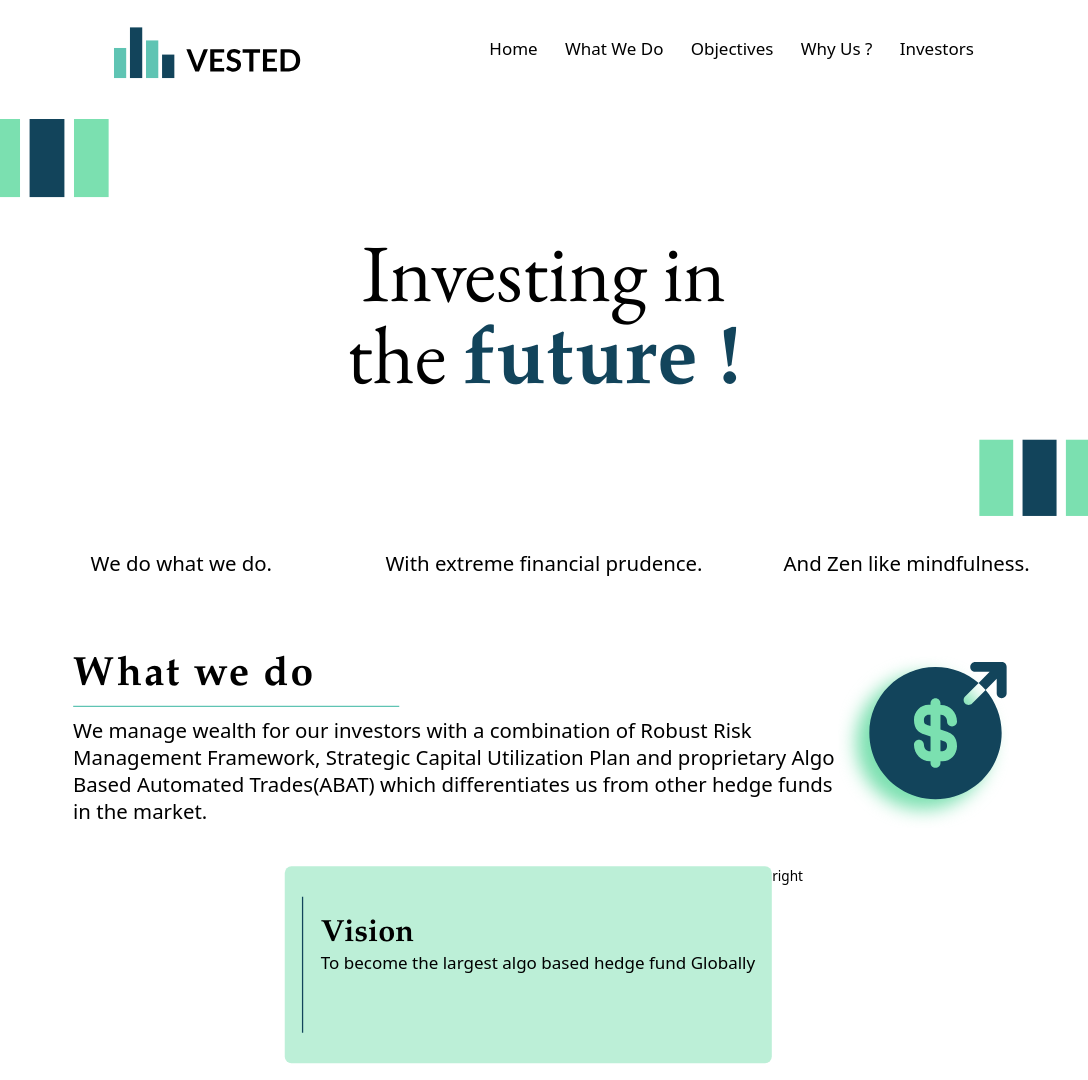
Repository: husainmamuwala/TippingPointsFinancial
Page: /
These files come from the project's save history. The page is drawn as it stood at one moment and after the next save; the edit follows.
The browser window is 1280 px wide. The pictures show the whole page, at 85% of full size.
The project was rebuilt for these pictures with package versions that can differ from the ones it lists, and the page was loaded fresh each time. The framework's server and built-in components were replaced by stand-ins that run in the browser. Also part of the build but not shown: next.config.js.

Above is the page before, as saved 2022-10-15 19:02:24.

### pages/_document.js
import Document, { Html, Head, Main, NextScript } from "next/document";

function MyDocument() {
  return (
    <Html>
      <Head>
      <link rel="preconnect" href="https://fonts.googleapis.com"/>
<link rel="preconnect" href="https://fonts.gstatic.com" crossorigin/>
<link href="https://fonts.googleapis.com/css2?family=EB+Garamond:ital,wght@0,400;0,600;1,500&display=swap" rel="stylesheet"></link>
      </Head>
      <body>
        <Main />
        <NextScript />
      </body>
    </Html>
  );
}

export default MyDocument;

### pages/index.js
import React from "react"
import Hero from "../components/Hero"
import Nav from "../components/Nav"
import Objectives from "../components/Objectives"
import Whatwedo from "../components/Whatwedo"


export default function Home() {
  return (

    <div className="h-screen">
      <Nav/>
      <section id="home">
        <Hero/>
      </section>
      <section id="whatwedo">
        <Whatwedo/>
      </section>
      <section id="objectives">
        <Objectives/>
      </section>
    </div>

  )
}

### styles/globals.css
@tailwind base;
@tailwind components;
@tailwind utilities;

@layer base{
    @font-face{
        font-family: "Garamond";
        src: url('/fonts/Garamond.woff2') format('woff2');
        font-family: 'Montserrat', sans-serif

    }

}

### components/Hero.jsx
import React from 'react'

const Hero = () => {
  return (
    <div className='flex flex-col py-6'>
      <div className='grid grid-flow-row'>
        <div className='justify-self-start self-start w-20 md:w-32 '>
          <svg className="" width="auto" height="auto" viewBox="0 0 125 90" fill="none" xmlns="http://www.w3.org/2000/svg">
            <rect x="-17" width="40" height="90" fill="#7BE0B0" />
            <rect x="34" width="40" height="90" fill="#12445B" />
            <rect x="85" width="40" height="90" fill="#7BE0B0" />
          </svg>
        </div>
        <div className='justify-self-center w-full py-5 md:py-10'>
          <span className=' text-6xl text-center lg:text-8xl font-garamond pt-5 pb-5'>
            <span className="block">Investing in</span>
            <span className="block">the <span className='text-[#12445B] font-semibold'>future !</span></span>
          </span>
        </div>
        <div className='justify-self-end self-end w-20 md:w-32'>
          <svg className='' width="auto" height="au" viewBox="0 0 128 90" fill="none" xmlns="http://www.w3.org/2000/svg">
            <rect width="40" height="90" fill="#7BE0B0" />
            <rect x="51" width="40" height="90" fill="#12445B" />
            <rect x="102" width="40" height="90" fill="#7BE0B0" />
          </svg>
        </div>
      </div>
      <div className='grid grid-row-3 md:grid-cols-3 justify-evenly text-center
        text-xl font-Montserrat md:text-2xl md:py-10'>
        <div>
          <span>We do what we do.</span>
        </div>
        <div>
          <span>With extreme financial prudence.</span>
        </div>
        <div>
          <span>And Zen like mindfulness.</span>
        </div>
      </div>
    </div>
  )
}

export default Hero

### components/Nav.jsx
import Link from 'next/link';
import React, { useState } from 'react'
import { FiMenu } from 'react-icons/fi';
import {AiOutlineClose} from 'react-icons/ai'

const Nav = () => {
    const Links=[
        {name:"Home",link:"/"},
        {name:"What We Do",link:"#whatwedo"},
        {name:"Objectives",link:"#objectives"},
        {name:"Why Us ?",link:"#whyus"},
        {name:"Investors",link:"/investors"},
    ];
    const [open,setOpen] = useState(false);
  return (
    <div className='w-full relative top-0 font-Montserrat font-[400] bg-white'>
        <div className='sticky lg:flex py-4 lg:px-10 items-center lg:justify-around'>
            <div className='mt-2 scale-75 md:scale-100'>
                <svg width="221" height="60" viewBox="0 0 221 60" fill="none" xmlns="http://www.w3.org/2000/svg">
                <path d="M110.63 25.972L100.118 52H95.7437L85.2317 25.972H89.1197C89.5397 25.972 89.8817 26.074 90.1457 26.278C90.4097 26.482 90.6077 26.746 90.7397 27.07L96.8777 42.946C97.0817 43.462 97.2737 44.032 97.4537 44.656C97.6457 45.268 97.8257 45.91 97.9937 46.582C98.1377 45.91 98.2937 45.268 98.4617 44.656C98.6297 44.032 98.8157 43.462 99.0197 42.946L105.122 27.07C105.218 26.794 105.404 26.542 105.68 26.314C105.968 26.086 106.316 25.972 106.724 25.972H110.63ZM118.184 29.824V37.042H127.292V40.768H118.184V48.13H129.74V52H113.324V25.972H129.74V29.824H118.184ZM147.891 30.706C147.747 30.958 147.591 31.144 147.423 31.264C147.267 31.372 147.069 31.426 146.829 31.426C146.577 31.426 146.301 31.336 146.001 31.156C145.713 30.964 145.365 30.754 144.957 30.526C144.549 30.298 144.069 30.094 143.517 29.914C142.977 29.722 142.335 29.626 141.591 29.626C140.919 29.626 140.331 29.71 139.827 29.878C139.323 30.034 138.897 30.256 138.549 30.544C138.213 30.832 137.961 31.18 137.793 31.588C137.625 31.984 137.541 32.422 137.541 32.902C137.541 33.514 137.709 34.024 138.045 34.432C138.393 34.84 138.849 35.188 139.413 35.476C139.977 35.764 140.619 36.022 141.339 36.25C142.059 36.478 142.797 36.724 143.553 36.988C144.309 37.24 145.047 37.54 145.767 37.888C146.487 38.224 147.129 38.656 147.693 39.184C148.257 39.7 148.707 40.336 149.043 41.092C149.391 41.848 149.565 42.766 149.565 43.846C149.565 45.022 149.361 46.126 148.953 47.158C148.557 48.178 147.969 49.072 147.189 49.84C146.421 50.596 145.479 51.196 144.363 51.64C143.247 52.072 141.969 52.288 140.529 52.288C139.701 52.288 138.885 52.204 138.081 52.036C137.277 51.88 136.503 51.652 135.759 51.352C135.027 51.052 134.337 50.692 133.689 50.272C133.041 49.852 132.465 49.384 131.961 48.868L133.383 46.546C133.503 46.378 133.659 46.24 133.851 46.132C134.043 46.012 134.247 45.952 134.463 45.952C134.763 45.952 135.087 46.078 135.435 46.33C135.783 46.57 136.197 46.84 136.677 47.14C137.157 47.44 137.715 47.716 138.351 47.968C138.999 48.208 139.773 48.328 140.673 48.328C142.053 48.328 143.121 48.004 143.877 47.356C144.633 46.696 145.011 45.754 145.011 44.53C145.011 43.846 144.837 43.288 144.489 42.856C144.153 42.424 143.703 42.064 143.139 41.776C142.575 41.476 141.933 41.224 141.213 41.02C140.493 40.816 139.761 40.594 139.017 40.354C138.273 40.114 137.541 39.826 136.821 39.49C136.101 39.154 135.459 38.716 134.895 38.176C134.331 37.636 133.875 36.964 133.527 36.16C133.191 35.344 133.023 34.342 133.023 33.154C133.023 32.206 133.209 31.282 133.581 30.382C133.965 29.482 134.517 28.684 135.237 27.988C135.957 27.292 136.845 26.734 137.901 26.314C138.957 25.894 140.169 25.684 141.537 25.684C143.073 25.684 144.489 25.924 145.785 26.404C147.081 26.884 148.185 27.556 149.097 28.42L147.891 30.706ZM171.969 29.95H164.121V52H159.279V29.95H151.431V25.972H171.969V29.95ZM180.235 29.824V37.042H189.343V40.768H180.235V48.13H191.791V52H175.375V25.972H191.791V29.824H180.235ZM219.194 38.986C219.194 40.894 218.876 42.646 218.24 44.242C217.604 45.838 216.71 47.212 215.558 48.364C214.406 49.516 213.02 50.41 211.4 51.046C209.78 51.682 207.98 52 206 52H196.082V25.972H206C207.98 25.972 209.78 26.296 211.4 26.944C213.02 27.58 214.406 28.474 215.558 29.626C216.71 30.766 217.604 32.134 218.24 33.73C218.876 35.326 219.194 37.078 219.194 38.986ZM214.226 38.986C214.226 37.558 214.034 36.28 213.65 35.152C213.278 34.012 212.732 33.052 212.012 32.272C211.304 31.48 210.44 30.874 209.42 30.454C208.412 30.034 207.272 29.824 206 29.824H200.942V48.148H206C207.272 48.148 208.412 47.938 209.42 47.518C210.44 47.098 211.304 46.498 212.012 45.718C212.732 44.926 213.278 43.966 213.65 42.838C214.034 41.698 214.226 40.414 214.226 38.986Z" fill="black"/>
                <rect y="24.4445" width="14.4444" height="35.5556" fill="#5FC4B3"/>
                <rect x="18.8889" width="14.4444" height="60" fill="#12445B"/>
                <rect x="37.7778" y="15.5555" width="14.4444" height="44.4444" fill="#5FC4B3"/>
                <rect x="56.6667" y="32.2222" width="14.4444" height="27.7778" fill="#12445B"/>
                </svg>

            </div>
            <div onClick={()=>setOpen(!open)}
                 className='text-3xl absolute right-8 top-11 pr-8 cursor-pointer lg:hidden'>
                    {!open ? <FiMenu size={40}/> : <AiOutlineClose size={40}/>}
            </div>

            <ul className={`lg:flex lg:flex-row lg:items-center font-Montserrat pb-12 lg:pb-0
            absolute lg:static bg-white lg:z-auto z-[-1] w-full left-0  lg:pl-0 pl-9 lg:w-auto
            transition-all duration-500 ease-in
            ${open ? "flex-col" : "hidden"}`}>
                {
                    Links.map((link)=>(
                        <li onClick={() => setOpen(false)} key={link.link} className="md:ml-8 text-xl my-7 hover:text-[#5FC4B3]
                         relative transition-all hover:top-1">
                            <Link href={link.link}
                            className="font-Monteserrat">
                                {link.name}
                            </Link>
                        </li>
                    ))
                }
            </ul>
        </div>
    </div>
  )
}

export default Nav

### components/Objectives.jsx
import React from 'react'

const Objectives = () => {
  const Data = [
    {title:"Vision",desc:"To become the largest algo based hedge fund Globally"},]
  return (
    <div className='flex flex-col md:flex-row justify-center py-5 px-10'>
        <div>
          <div className='relative w-full bg-[#7BE0B0] bg-opacity-50 rounded-lg p-5 flex flex-row '>
              <div className='pr-5 h-28 lg:h-48'>
                  <svg width="2" height="auto" viewBox="0 0 2 160" fill="none" xmlns="http://www.w3.org/2000/svg">
                  <line x1="1" y1="4.37114e-08" x2="0.999993" y2="160" stroke="#12445B" stroke-width="2"/>
                  </svg>
              </div>
              {
                Data.map((data)=>(
              <div className='py-10'>
                <h1 className='text-3xl lg:text-4xl font-semibold font-garamond'>{data.title}</h1>
                <p className='font-montserrat text-xl'>{data.desc}</p>
              </div>
                ))}
          </div>
        </div>
          <div>
              right
          </div>

    </div>
  )
}

export default Objectives

### components/Whatwedo.tsx
import React from 'react'


const whatwedo = () => {
    return (
        <div className='py-5 px-10 flex md:flex-row flex-col justify-center'>
            <div className='md:w-3/4'>
                <div>
                    <h4 className='text-3xl md:text-5xl font-garamond font-semibold py-2 tracking-wider'>
                        What we do
                    </h4>

                    <svg className="lg:w-96 lg:h-2" width="auto" height="2" viewBox="0 0 589 2" fill="none" xmlns="http://www.w3.org/2000/svg">
                        <line y1="1" x2="589" y2="1" stroke="#5FC4B3" strokeWidth="2" />
                    </svg>

                    <p className='py-2 text-xl md:text-2xl'>
                        We manage wealth for our investors with a combination of Robust Risk Management Framework,
                        Strategic Capital Utilization Plan and proprietary Algo Based Automated Trades(ABAT)
                        which differentiates us from other hedge funds in the market.
                    </p>
                </div>
            </div>
            <div className='w-52 hidden md:block lg:self-center'>
                <svg width="auto" height="auto" viewBox="0 0 226 223" fill="none" xmlns="http://www.w3.org/2000/svg">
                    <g filter="url(#filter0_f_6_45)">
                        <circle cx="109.027" cy="113.259" r="86.0274" fill="#7BE0B0" />
                    </g>
                    <path d="M109.698 84.8371C109.698 89.4046 110.967 90.0812 113.843 91.0962L118.156 92.6187V78.2396H115.619C112.405 78.2396 109.698 81.2 109.698 84.8371ZM130.844 124.76H133.381C136.68 124.76 139.302 121.8 139.302 118.163C139.302 113.595 138.033 112.919 135.158 111.904L130.844 110.381V124.76Z" fill="#12445B" />
                    <path d="M188.614 46.3517L171.275 63.6913C170.006 64.96 168.399 65.5521 166.792 65.5521C165.185 65.5521 163.578 64.96 162.309 63.6913C161.129 62.4975 160.467 60.8867 160.467 59.2083C160.467 57.53 161.129 55.9192 162.309 54.7254L179.648 37.3858C164.762 24.6983 145.561 16.9167 124.5 16.9167C77.81 16.9167 39.9167 54.81 39.9167 101.5C39.9167 148.19 77.81 186.083 124.5 186.083C171.19 186.083 209.083 148.19 209.083 101.5C209.083 80.4388 201.302 61.2383 188.614 46.3517ZM139.302 99.9775C144.715 101.923 151.99 105.814 151.99 118.248C151.99 128.82 143.616 137.533 133.381 137.533H130.844V139.647C130.844 143.115 127.968 145.991 124.5 145.991C121.032 145.991 118.156 143.115 118.156 139.647V137.533H117.48C106.23 137.533 97.0104 128.059 97.0104 116.387C97.0104 112.834 99.8863 109.958 103.354 109.958C106.822 109.958 109.698 112.834 109.698 116.302C109.698 120.954 113.166 124.76 117.48 124.76H118.156V105.983L109.698 103.023C104.285 101.077 97.0104 97.1863 97.0104 84.7525C97.0104 74.1796 105.384 65.4675 115.619 65.4675H118.156V63.4375C118.156 59.9696 121.032 57.0938 124.5 57.0938C127.968 57.0938 130.844 59.9696 130.844 63.4375V65.5521H131.52C142.77 65.5521 151.99 75.0254 151.99 86.6979C151.99 90.1658 149.114 93.0417 145.646 93.0417C142.178 93.0417 139.302 90.1658 139.302 86.6979C139.302 82.0458 135.834 78.2396 131.52 78.2396H130.844V97.0171L139.302 99.9775ZM214.92 14.4638C214.251 12.9061 213.009 11.6647 211.452 10.9958C210.691 10.7256 209.891 10.5827 209.083 10.5729H175.25C171.782 10.5729 168.906 13.4488 168.906 16.9167C168.906 20.3846 171.782 23.2604 175.25 23.2604H193.774L179.648 37.3858C182.863 40.1771 185.823 43.1375 188.614 46.3517L202.74 32.2263V50.75C202.74 54.2179 205.615 57.0938 209.083 57.0938C212.551 57.0938 215.427 54.2179 215.427 50.75V16.9167C215.427 16.0708 215.258 15.3096 214.92 14.4638Z" fill="#12445B" />
                    <defs>
                        <filter id="filter0_f_6_45" x="0" y="4.2317" width="218.055" height="218.055" filterUnits="userSpaceOnUse" colorInterpolationFilters="sRGB">
                            <feFlood floodOpacity="0" result="BackgroundImageFix" />
                            <feBlend mode="normal" in="SourceGraphic" in2="BackgroundImageFix" result="shape" />
                            <feGaussianBlur stdDeviation="11.5" result="effect1_foregroundBlur_6_45" />
                        </filter>
                    </defs>
                </svg>
            </div>
        </div>
    )
}

export default whatwedo

### tailwind.config.js
/** @type {import('tailwindcss').Config} */
module.exports = {
  content: [
    "./pages/**/*.{js,ts,jsx,tsx}",
    "./components/**/*.{js,ts,jsx,tsx}",
  ],
  theme: {
    extend: {
      fontFamily: {
        garamond:'Garamond'
      }
    },
  },
  plugins: [],
}

Loaded but not shown: pages/_app.js (common file)

After the next save:
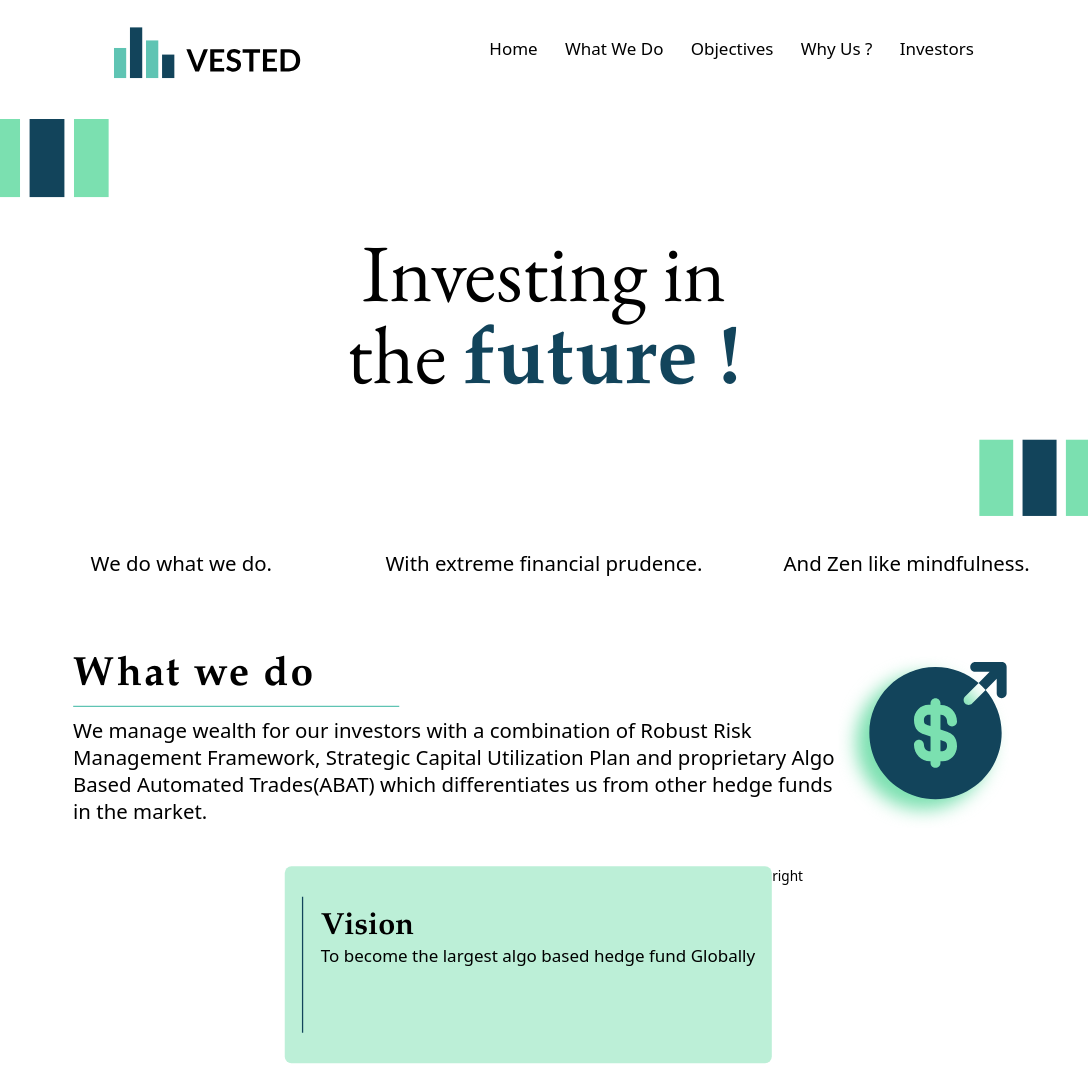
Saved 9 s later.
--- a/components/Objectives.jsx
+++ b/components/Objectives.jsx
@@ -14,7 +14,7 @@
               </div>
               {
                 Data.map((data)=>(
-              <div className='py-10'>
+              <div className='py-8'>
                 <h1 className='text-3xl lg:text-4xl font-semibold font-garamond'>{data.title}</h1>
                 <p className='font-montserrat text-xl'>{data.desc}</p>
               </div>
